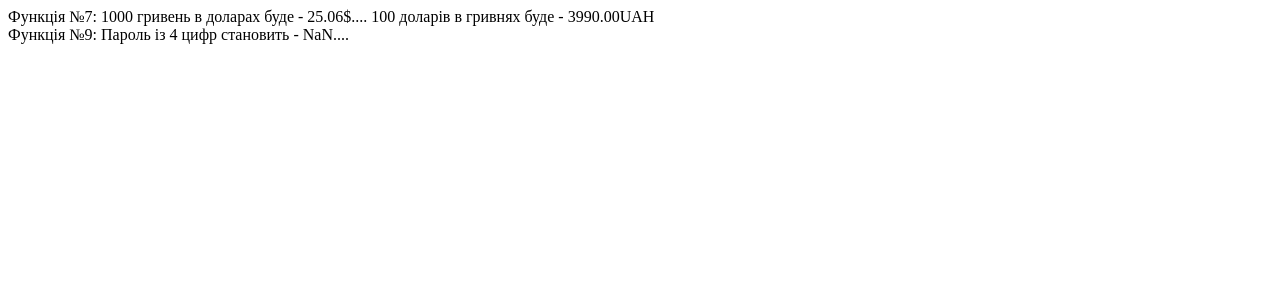
Repository: batonAnton/cursor_js_hw_3
Page: index.html
The author's editor kept a copy of each file at every save. The page is drawn from the files as they stood at one save, then again after the next save.
The browser window is 1280 px wide. The pictures show the whole page.

Above is the page before, as saved 2022-08-31 10:32:44.

### index.html
<!DOCTYPE html>
<html lang="en">
<head>
    <meta charset="UTF-8">
    <meta http-equiv="X-UA-Compatible" content="IE=edge">
    <meta name="viewport" content="width=device-width, initial-scale=1.0">
    <title>Hw_3  function</title>
</head>
<body>
    <script src="./js/index.js"></script>
</body>
</html>

### js/index.js
// first task
function getMaxDigit(argNew = 123459 ){
    let varNew  = argNew.toString().split('');
    let bigNum = varNew[0];
    for (let i = 0; i < varNew.length; i++) {
        if(varNew[i] > bigNum ) bigNum = varNew [i];

    } return bigNum;
}
console.log(getMaxDigit());


// second task
function exponentDigit(a,b){
    let first = a;
    let second = b;
    let res = 1;
    for(let i = 0; i < b; i++ ){
        res *= a;
    }return res;
}

console.log(exponentDigit(2,2));

// 3 task

function nameChange(name) {
    return  name.charAt(0).toUpperCase() +  name.slice(1).toLowerCase();
  }


console.log(nameChange("toLik"));

// 4 task

// function calcPercentage( percentageSalary = 19.5){
//     let firstNum = prompt("Сума зарплати ");
//     return firstNum - ((percentageSalary * 1000) * 0.100 / 10);


// }
// console.log(calcPercentage());

// 5 task
function randomRange(minValue,maxValue){

    return Math.ceil(Math.random() * (maxValue - minValue)) + minValue;
}

console.log(randomRange(1,5));

// 6 task

function repeatLetter( str )
{

  for( let i = 0 ;i < str.length ;i++)
  {
    let count = 0;
    for( let j = 0 ;j < str.length ;j++)
    {
      if( str[i] == str[j] && i > j  )
      {
       break;
      }
      if( str[i] == str[j]  )
      {
        count++;
      }
    }
    if( count > 0)
    console.log(`${str[i].toUpperCase()} повторюється  ${count} рази`);
  }

}


let test_str = "укулеле";
console.log("У слові " + " " + test_str + " " + "слова повторюються :");
repeatLetter( test_str);

// 7 task

function convertCurrency (typeValue){
    let dollars = 39.9;
    let res;
        if (typeValue.includes("UAH")) {
            res =   (+typeValue.slice(0, typeValue.indexOf("UAH")) / dollars).toFixed(2) + "$";

          } else if (typeValue.includes("$")) {
            res = (+typeValue.slice(0, typeValue.indexOf("$")) * dollars).toFixed(2) + "UAH";
          } else {
            alert("тільки долари і гривні");
          } return res;


}


let typeValue="1000 UAH";

document.writeln(`Функція №7: 1000 гривень в доларах буде - ${convertCurrency(typeValue)}....`);
typeValue = "100$";
document.writeln(`100 доларів в гривнях  буде - ${convertCurrency(typeValue)} `);

// 9 task
 function getRandomPassword(arg){
  let result;
    // if(arg == 4){
      for(let i = 0; i < 4; i++){
        result+= i;
        debugger;
        return result;
      }

      // }else
      // {
      //   for(let i = 0; i<8; i++){
      //     result+= Math.random(i);
      //   return result;

      //   }
    }
//  }
 let arg = 4;
 console.log(getRandomPassword());
 document.writeln(`<br> Функція №9: Пароль із  4 цифр становить - ${getRandomPassword(arg)}....`);

After the next save:
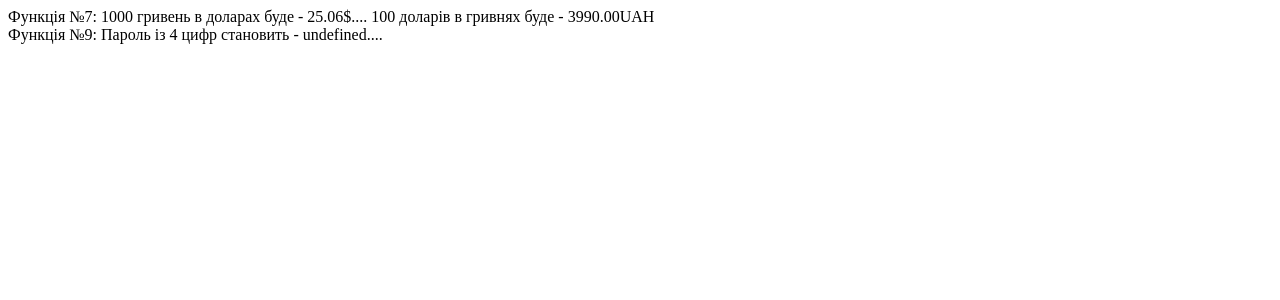
Saved 5 min 47 s later.
--- a/js/index.js
+++ b/js/index.js
@@ -107,11 +107,11 @@ document.writeln(`100 доларів в гривнях  буде - ${convertCurr
  function getRandomPassword(arg){
   let result;
     // if(arg == 4){
-      for(let i = 0; i < 4; i++){
-        result+= i;
-        debugger;
-        return result;
-      }
+      // for(let i = 0; i < 4; i++){
+      //   result += i;
+      //   debugger;
+      //   return result;
+      // }
 
       // }else
       // {
@@ -125,3 +125,9 @@ document.writeln(`100 доларів в гривнях  буде - ${convertCurr
  let arg = 4;
  console.log(getRandomPassword());
  document.writeln(`<br> Функція №9: Пароль із  4 цифр становить - ${getRandomPassword(arg)}....`);
+ let result;
+ for(let i = 0; i < 4; i++){
+  result += i;
+  debugger;
+}
+console.log(result);
